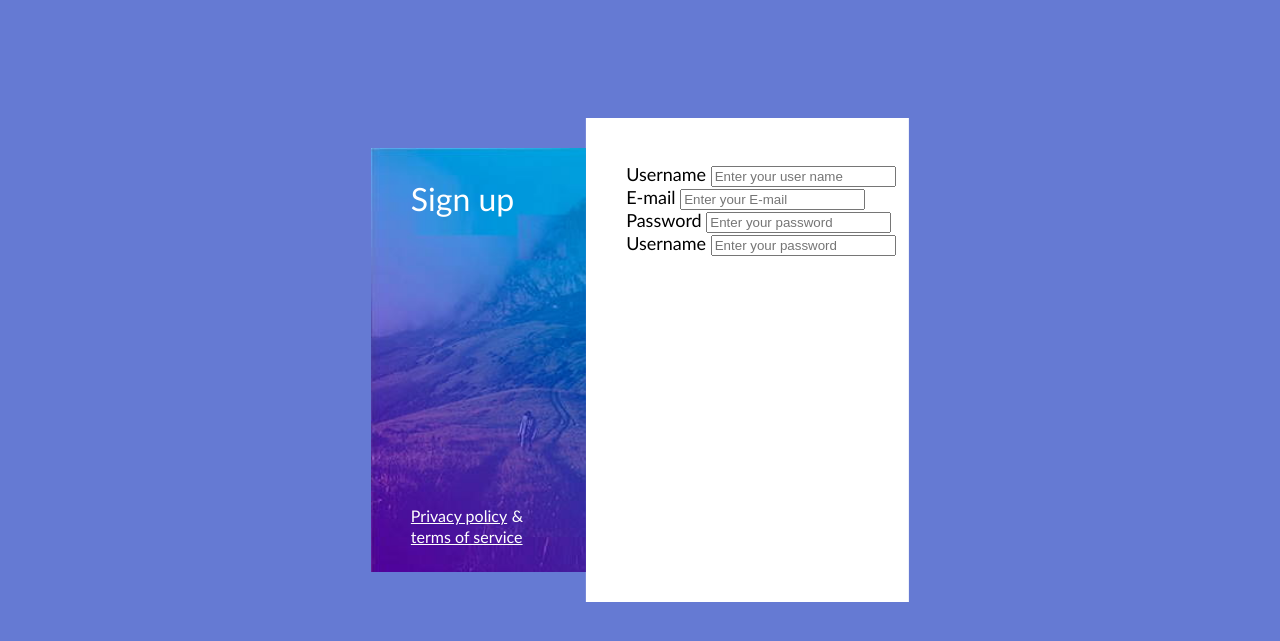
Repository: motiejus1/11-paskaita-adobexd-registracija
Page: index.html
The author's editor kept a copy of each file at every save. The page is drawn from the files as they stood at one save, then again after the next save.
The browser window is 1280 px wide. The pictures show the whole page.

Above is the page before, as saved 2021-06-17 19:56:30.

### index.html
<!DOCTYPE html>
<html lang="en">
<head>
    <meta charset="UTF-8">
    <meta http-equiv="X-UA-Compatible" content="IE=edge">
    <meta name="viewport" content="width=device-width, initial-scale=1.0">
    <title>Registracija</title>
    <style>
        html {
            font-size: 18px;
        }

        body {
            max-width: 1920px;
            background-color: #657AD3;
            font: normal normal normal 1rem/1.1667rem Gill Sans MT;
        }

        .container {
            width: 42.05%;
            position: absolute;
            top: 50%;
            left: 50%;
            transform: translate(-50%, -50%);
        }

        .left-column, .right-column {
            float:left;
            height: 26.8889rem;
        }

        .left-column {
            background-color: transparent;
            width: 40%;

        }

        .right-column {
            width: 60%;
            background-color: #fff;
        }

        .left-column-container {
            margin-top: 1.6667rem;
            height: 23.5556rem;
            background-color: #fff;
            background: transparent url('img/mountain.png') 0% 0% no-repeat padding-box;
            background-size: cover;
            padding-left: 2.2222rem;
            position: relative;

        }

        h1 {
            font: normal normal normal 1.7778rem/2.0556rem Gill Sans MT;
            color: #FFFFFF;
            margin: 0;
            padding-top: 32px;
        }


        .links {
            position: absolute;
            bottom: 1.3889rem;
        }

        .links a, .links p {
            display: inline-block;
            color: #FFFFFF;
            font: normal normal normal 0.8889rem/1.0556rem Gill Sans MT;
        }

        .links a:hover {
            color:#808080;
        }

        .links p {
            margin: 0;
        }

        .right-column-container {
            padding-left: 2.2222rem;
            padding-top: 2.5556rem;
        }

    </style>

</head>
<body>

    <div class="container">

        <div class="left-column">
            <div class="left-column-container">
                <h1>Sign up</h1>

                <div class="links">
                    <a href="#">Privacy policy</a>
                    <p>&</p>
                    <a href="#">terms of service</a>
                </div>
            </div>
        </div>
        <div class="right-column">
            <div class="right-column-container">
                <div class="input">
                    <label for="username">Username</label>
                    <input placeholder="Enter your user name" type="text" id="username" name="username" />
                </div>
                <div class="input">
                    <label for="email">E-mail</label>
                    <input placeholder="Enter your E-mail" type="text" id="email" name="email" />
                </div>
                <div class="input">
                    <label for="password">Password</label>
                    <input placeholder="Enter your password" type="text" id="password" name="password" />
                </div>
                <div class="input">
                    <label for="username">Username</label>
                    <input placeholder="Enter your password" type="text" id="username" name="username" />
                </div>
            </div>
        </div>
    </div>

</body>
</html>

After the next save:
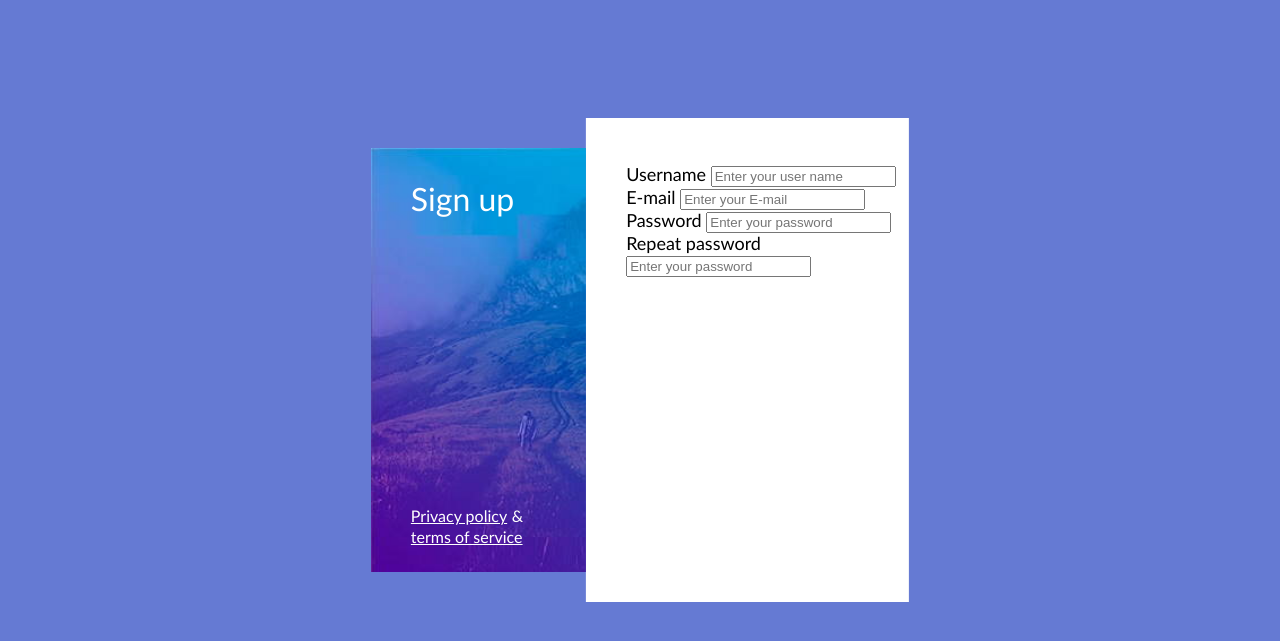
Saved 4 s later.
--- a/index.html
+++ b/index.html
@@ -116,7 +116,7 @@
                     <input placeholder="Enter your password" type="text" id="password" name="password" />
                 </div>
                 <div class="input">
-                    <label for="username">Username</label>
+                    <label for="username">Repeat password</label>
                     <input placeholder="Enter your password" type="text" id="username" name="username" />
                 </div>
             </div>
